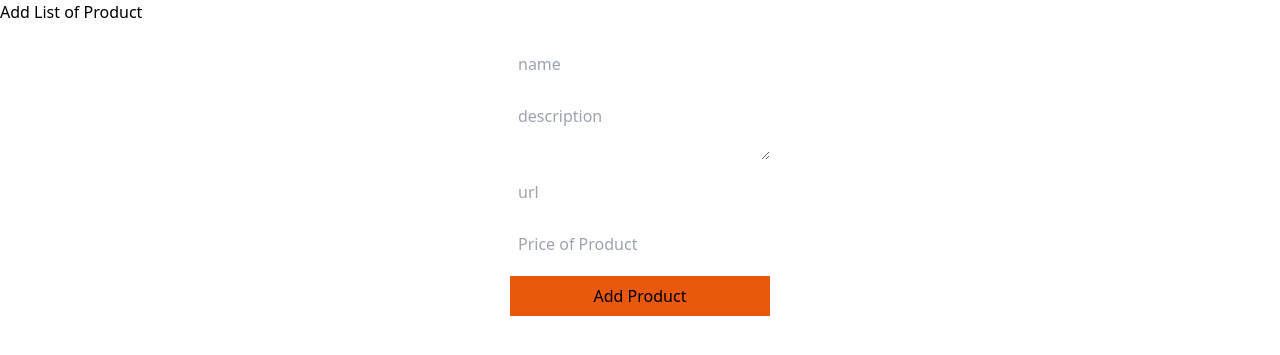
Repository: Semanmernstack/nextjs-openai-chatbot
Page: /add-product
The author's editor kept a copy of each file at every save. The page is drawn from the files as they stood at one save, then again after the next save.
The browser window is 1280 px wide. The pictures show the whole page.
The project was rebuilt for these pictures with package versions that can differ from the ones it lists, and the page was loaded fresh each time. The framework's server and built-in components were replaced by stand-ins that run in the browser. Also part of the build but not shown: next.config.js.

Above is the page before, as saved 2023-07-20 01:40:07.

After the next save:
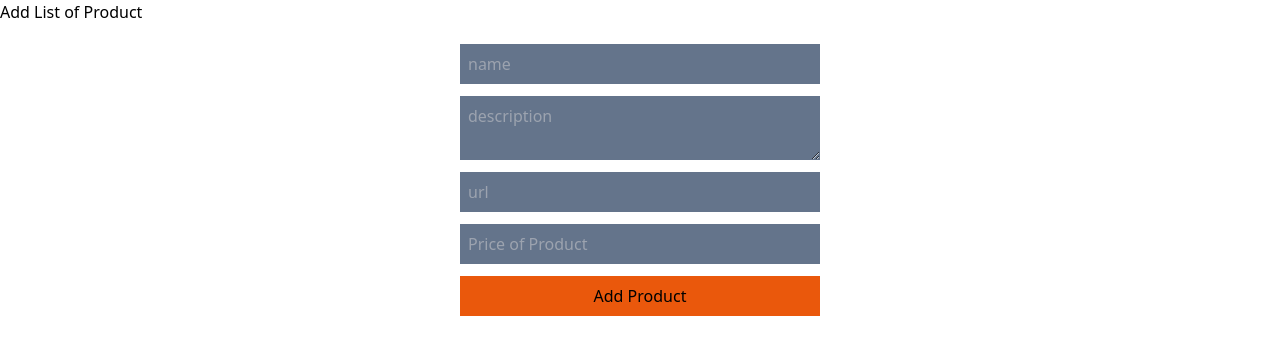
Saved 7 min 23 s later.
--- a/app/add-product/page.tsx
+++ b/app/add-product/page.tsx
@@ -4,32 +4,32 @@ function page() {
   return (
     <div className="flex flex-col">
         <h1>Add List of Product</h1>
-        <form className="flex flex-col max-w-md mx-auto min-w-[300px] p-5 gap-3"  action="">
+        <form className="flex flex-col max-w-xl mx-auto min-w-[400px] p-5 gap-3"  action="">
             <input type="text"
                 required
                 name="name"
                 placeholder="name"
-                className=" w-full p-2 hover:bg-gray-300"
+                className=" w-full p-2 hover:bg-gray-300 outline-none border-none bg-slate-500 "
              />
              <textarea
                 required
                 name="description"
                 placeholder="description"
-                className="w-full p-2 hover:bg-gray-300"
+                className="w-full p-2 hover:bg-gray-300 outline-none border-none bg-slate-500"
               />
               <input
                 required
                 type="url"
                 name="imageUrl"
                 placeholder="url"
-                className="w-full p-2 hover:bg-gray-300"
+                className="w-full p-2 hover:bg-gray-300 outline-none border-none  bg-slate-500"
               />
               <input
                 type="number"
                 name="price"
                 placeholder="Price of Product"
                 required
-                className="w-full p-2 hover:bg-gray-300"
+                className="w-full p-2 hover:bg-gray-300 outline-none border-none bg-slate-500"
 
                />
                <button className="w-full p-2  bg-orange-600">Add Product</button>
